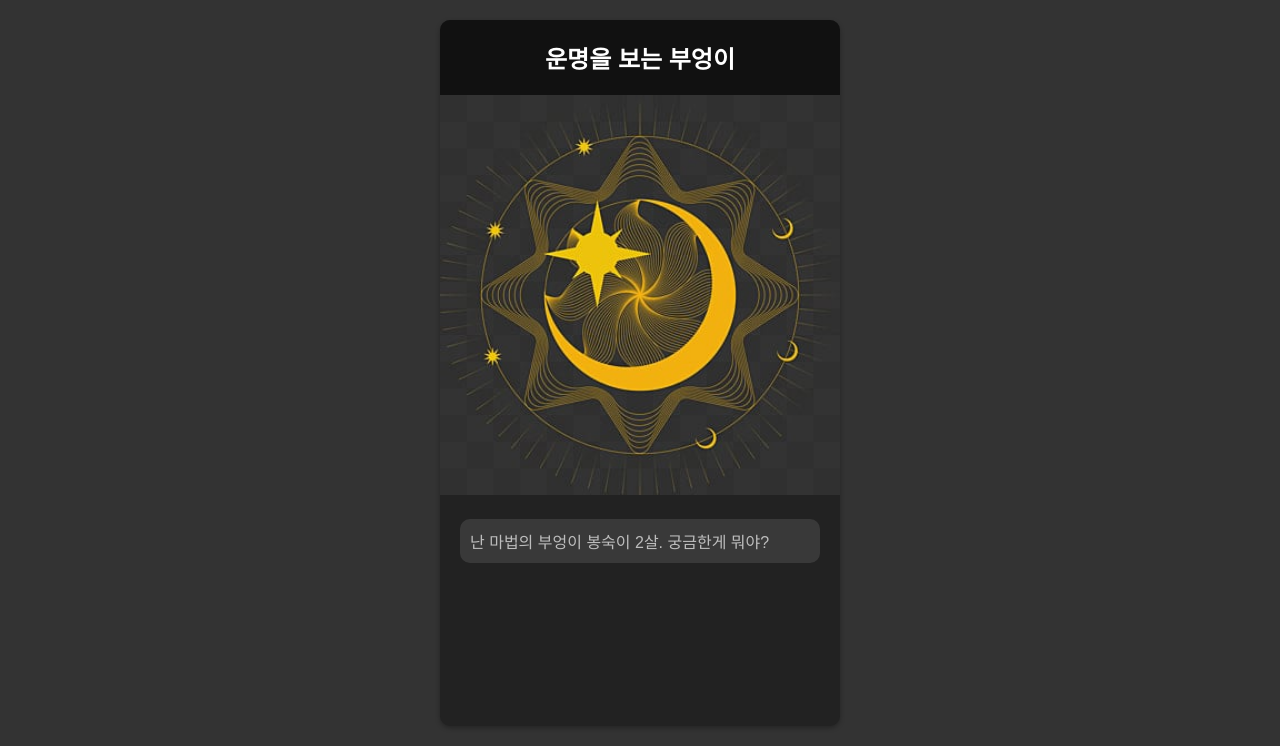
Repository: MYOUNGJOO-KIM/taro
Page: frontend/index.html
The author's editor kept a copy of each file at every save. The page is drawn from the files as they stood at one save, then again after the next save.
The browser window is 1280 px wide. The pictures show the whole page.

Above is the page before, as saved 2023-07-10 22:29:38.

### frontend/index.html
<!DOCTYPE html>
<html lang="ko">
<head>
    <meta charset="UTF-8">
    <meta name="viewport" content="width=device-width, initial-scale=1.0">
    <title>운세보는 챗도지</title>
    <style>
        body {
            font-family: Arial, sans-serif;
            background-color: #333;
            color: #fff;
        }

        img {
            width:100%;
            height:100%;
        }

        .chat-container {
            width: 400px;
            margin: 20px auto;
            background-color: #222;
            border-radius: 10px;
            box-shadow: 0 2px 5px rgba(0, 0, 0, 0.3);
            overflow: hidden;
            height: 98vh;
        }

        .chat-header {
            background-color: #111;
            padding: 20px;
            text-align: center;
        }

        .chat-header h2 {
            margin: 0;
            color: #fff;
            font-size: 24px;
        }

        .chat-body {
            padding: 20px;
            overflow-y: auto;
            height: 74%;
        }

        .chat-message {
            margin-bottom: 20px;
            padding: 10px;
            border-radius: 10px;
        }

        .chat-message.bot {
            background-color: #444;
            opacity: 0.7;
        }

        .chat-message.user {
            background-color: #666;
            opacity: 0.8;
        }

        .chat-input {
            width: 100%;
            padding: 10px;
            border: none;
            border-top: 1px solid #999;
            color: #fff;
            background-color: transparent;
        }

        .chat-button {
            width: 100%;
            padding: 10px;
            background-color: #111111;
            color: #fff;
            border: none;
            cursor: pointer;
        }
    </style>
</head>
<body>
    <div class="chat-container">
        <div class="chat-header">
            <h2>운명을 보는 부엉이</h2>
        </div>
        <div>
            <img src="./asset/images/bg_small.jpg">
        </div>
        <div class="chat-body" id="chatBody"></div>
        <input type="text" class="chat-input" id="messageInput" placeholder="메시지를 입력하세요" onkeydown="handleKeyDown(event)">
        <button class="chat-button" onclick="sendMessage()">전송</button>
    </div>

    <script>
        const chatBody = document.getElementById('chatBody');
        const messageInput = document.getElementById('messageInput');

        displayMessage('난 마법의 부엉이 봉숙이 2살. 궁금한게 뭐야?', 'bot');

        function sendMessage() {
            const message = messageInput.value.trim();
            if (message === '') {
                return; // Do not proceed if the message is empty
            }

            displayMessage(message, 'user');
            getFortune(message);

            messageInput.value = '';
        }

        function displayMessage(message, sender) {
            const div = document.createElement('div');
            div.innerText = message;
            div.classList.add('chat-message', sender);
            chatBody.appendChild(div);
            chatBody.scrollTop = chatBody.scrollHeight; // Scroll to the bottom of the chat messages
        }

        function handleKeyDown(event) {
            if (event.key === 'Enter') {
                event.preventDefault();
                sendMessage();
            }
        }

        async function getFortune(message) {
            try {
                const response = await fetch('http://localhost:3000/fortuneTell', {
                    method: 'POST',
                    headers: {
                        'Content-Type': 'application/json'
                    },
                    body: JSON.stringify({ name: message })
                });

                const data = await response.json();
                console.log(data);

                displayMessage(data.assistant, 'bot');
            } catch (error) {
                console.error(error);
            }
        }
    </script>
</body>
</html>

After the next save:
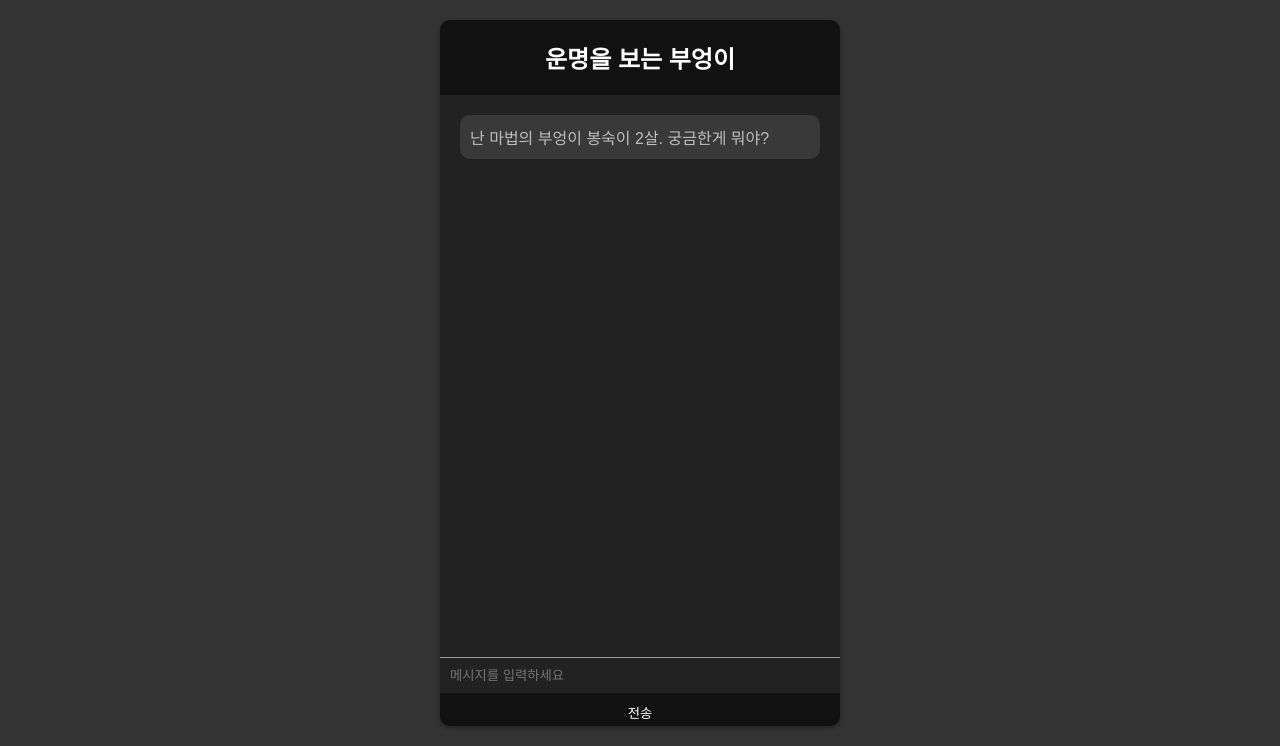
Saved 15 s later.
--- a/frontend/index.html
+++ b/frontend/index.html
@@ -85,7 +85,7 @@
             <h2>운명을 보는 부엉이</h2>
         </div>
         <div>
-            <img src="./asset/images/bg_small.jpg">
+            <!-- <img src="./asset/images/bg_small.jpg"> -->
         </div>
         <div class="chat-body" id="chatBody"></div>
         <input type="text" class="chat-input" id="messageInput" placeholder="메시지를 입력하세요" onkeydown="handleKeyDown(event)">
